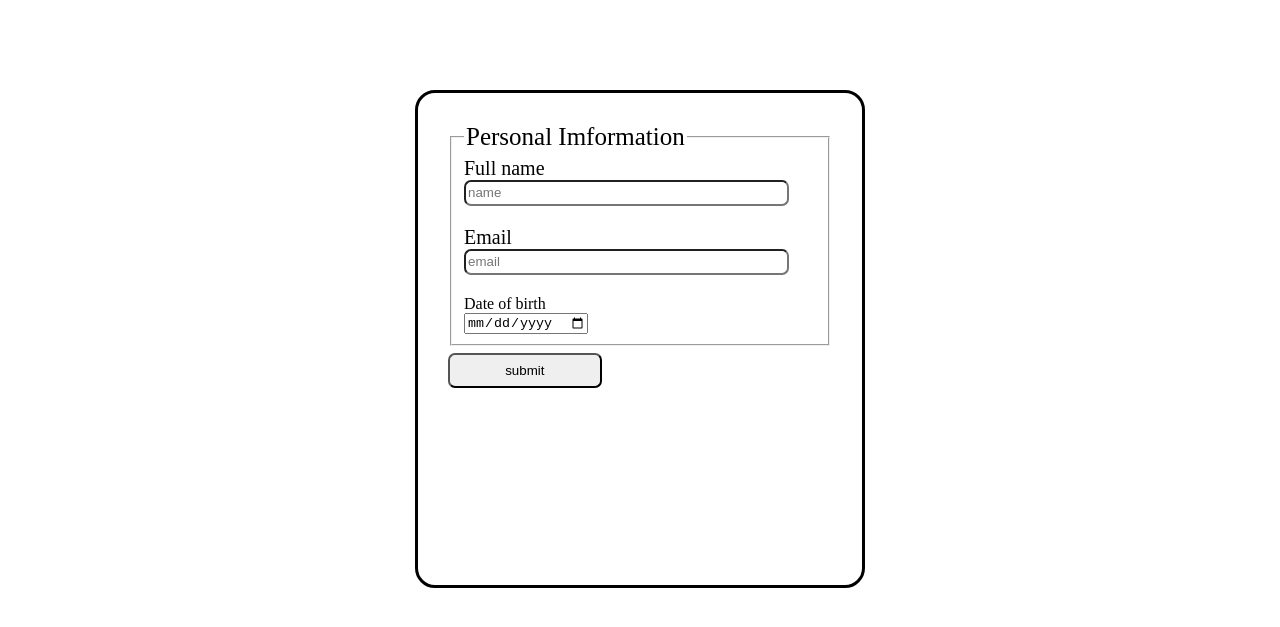
Repository: darakhbroth-lang/webhtml
Page: website for study/tag14.html
The author's editor kept a copy of each file at every save. The page is drawn from the files as they stood at one save, then again after the next save.
The browser window is 1280 px wide. The pictures show the whole page.

Above is the page before, as saved 2026-05-06 21:25:20.

After the next save:
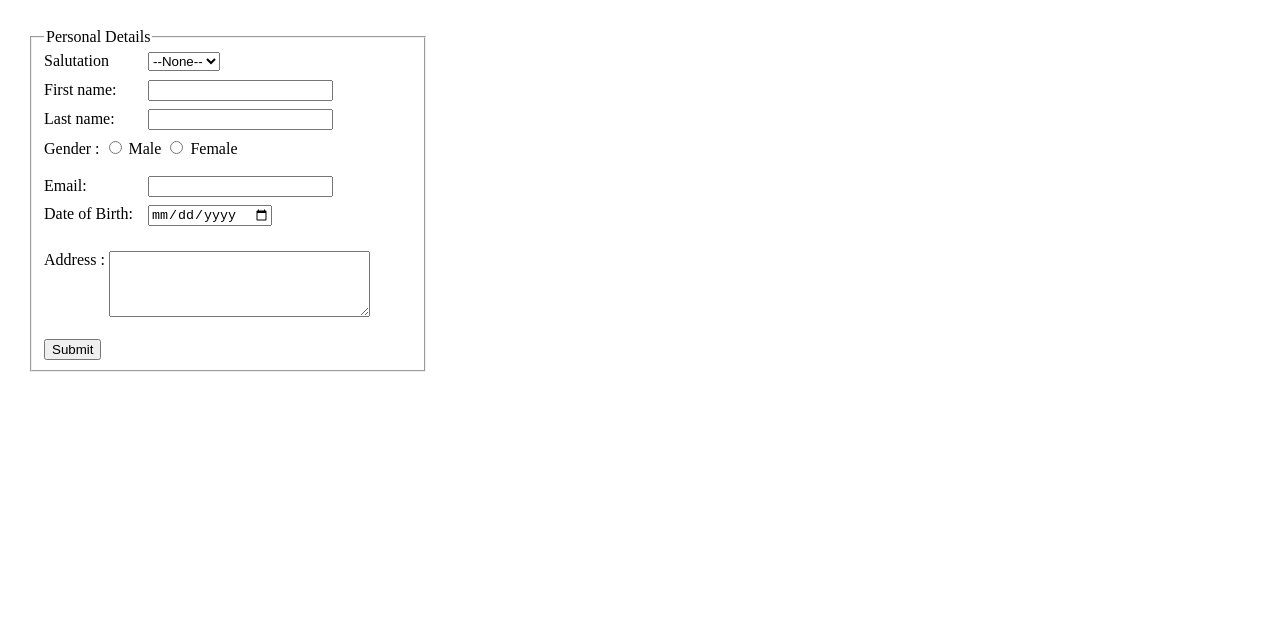
Saved 4 days later.
--- a/website for study/tag14.html
+++ b/website for study/tag14.html
@@ -1,22 +1,52 @@
 <!DOCTYPE html>
-<html lang="en">
+<html>
 <head>
-    <meta charset="UTF-8">
-    <meta name="viewport" content="width=device-width, initial-scale=1.0">
-    <title>Document</title>
+    <title>Personal Details Form</title>
+    <style>
+    </style>
 </head>
 <body>
-    <form action="" style="width:30vw; height: 60vh;border:3px solid black;margin:90px auto;padding:30px;border-radius: 20px;">
-        <fieldset><legend style="font-size: 25px;">Personal Imformation</legend>
-             <label for="text" style="font-size: 20px;">Full name</label><br>
-             <input type="text" placeholder="name" style="Width: 90%;border-radius: 7px; height: 20px;margin-bottom: 20px;">
-              <label for="email" style="font-size: 20px;">Email</label><br>
-             <input type="email" placeholder="email" style="Width: 90%;border-radius: 7px; height: 20px;margin-bottom: 20px;">
-             <label for="date">Date of birth</label><br>
-             <input type="date">
+
+
+    <form style="width: 400px; padding: 20px;">
+        <fieldset>
+            <legend>Personal Details</legend>
+
+            <label style="display: inline-block; width: 100px; margin-bottom: 10px;">Salutation</label>
+            <select>
+                <option>--None--</option>
+                <option>Mr.</option>
+                <option>Ms.</option>
+            </select>
+            <br>
+
+            <label style="display: inline-block; width: 100px; margin-bottom: 10px;">First name:</label>
+            <input type="text">
+            <br>
+
+            <label style="display: inline-block; width: 100px; margin-bottom: 10px;">Last name:</label>
+            <input type="text">
+            <br>
+
+            <label>Gender :</label>
+            <input type="radio" name="gender"> Male
+            <input type="radio" name="gender"> Female
+            <br><br>
+
+            <label style="display: inline-block; width: 100px; margin-bottom: 10px;">Email:</label>
+            <input type="email">
+            <br>
+
+            <label style="display: inline-block; width: 100px; margin-bottom: 10px;">Date of Birth:</label>
+            <input type="date">
+            <br><br>
+
+            <label style="vertical-align: top;">Address :</label>
+            <textarea rows="4" cols="30"></textarea>
+            <br><br>
+
+            <button type="submit">Submit</button>
         </fieldset>
-        <button style="width: 40%; padding:8px; border-radius: 7px;margin-top: 7px;margin-bottom: 7px;">submit</button><br>
-
     </form>
 
 </body>
